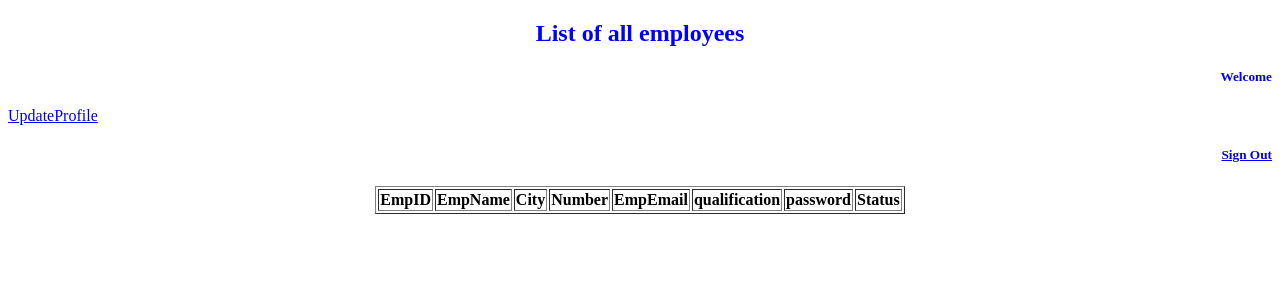
Repository: nehakunwar/SkillMap_Projects
Page: http://localhost/WebNaukariServletJspApp/WEB-INF/views/getAllRecordManager.jsp
The author's editor kept a copy of each file at every save. The page is drawn from the files as they stood at one save, then again after the next save.
The browser window is 1280 px wide. The pictures show the whole page.
The page is served by Tomcat 9. Nobody is signed in. The template is opened directly, without the code that normally fills it, so the values that code supplies are empty.

Above is the page before, as saved 2018-07-27 23:44:04.

After the next save:
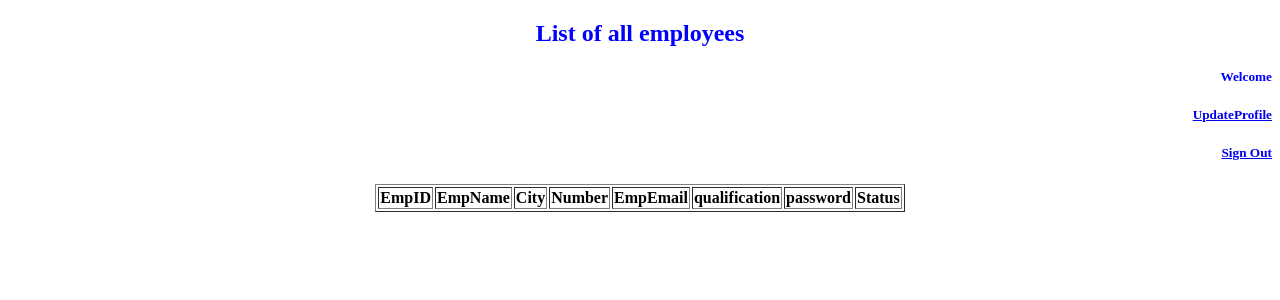
Saved 30 s later.
--- a/WebNaukariServletJspApp/WebContent/WEB-INF/views/getAllRecordManager.jsp
+++ b/WebNaukariServletJspApp/WebContent/WEB-INF/views/getAllRecordManager.jsp
@@ -14,7 +14,7 @@
 <h2 align="center" style="color:blue;"><b>List of all employees</b></h2>
 <c:set var="name" value="${sessionScope.employeeSession}"></c:set>
  <h5 align="right" style="color:blue;">Welcome <c:out value="${name.empName}"></c:out></h5>
- <a href="userUpdateProfile">UpdateProfile</a>
+ <h5 align="right" style="color:green;"><a href="userUpdateProfile">UpdateProfile</a></h5>
   <h5 align="right" style="color:black;"><a href="logout"> Sign Out</a></h5>
 <table border="1" align="center">
 <tr><th>EmpID</th><th>EmpName</th><th>City</th><th>Number</th><th>EmpEmail</th><th>qualification</th><th>password</th><th>Status</th></tr>
